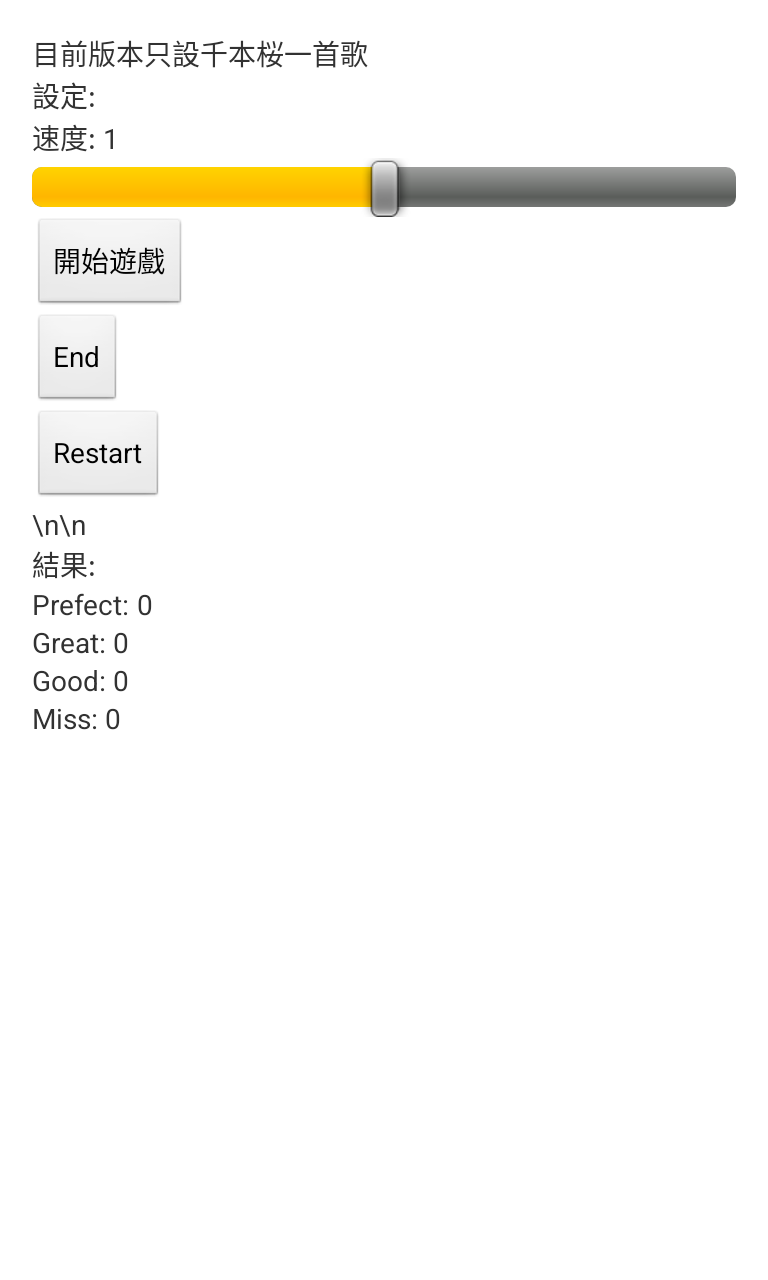
Repository: dogwong/marumaru
Layout: maimai_test/marumaru/res/layout/activity_main.xml
An editor plug-in stored every save of this project. The layout is shown before and after the next save, followed by the edit.
It is drawn on a 768 x 1280 px phone screen (xhdpi) without system bars, with theme AppTheme; the app's code is not run.

Above is the layout before, as saved 2013-06-09 07:26:13.

### maimai_test/marumaru/res/layout/activity_main.xml
<LinearLayout xmlns:android="http://schemas.android.com/apk/res/android"
    xmlns:tools="http://schemas.android.com/tools"
    android:id="@+id/LinearLayout1"
    android:layout_width="match_parent"
    android:layout_height="match_parent"
    android:orientation="vertical"
    android:paddingBottom="@dimen/activity_vertical_margin"
    android:paddingLeft="@dimen/activity_horizontal_margin"
    android:paddingRight="@dimen/activity_horizontal_margin"
    android:paddingTop="@dimen/activity_vertical_margin"
    tools:context=".MainActivity" >

    <TextView
        android:id="@+id/textView1"
        android:layout_width="wrap_content"
        android:layout_height="wrap_content"
        android:text="目前版本只設千本桜一首歌" />

    <TextView
        android:id="@+id/textView2"
        android:layout_width="wrap_content"
        android:layout_height="wrap_content"
        android:text="設定:" />

    <TableRow
        android:id="@+id/tableRow1"
        android:layout_width="match_parent"
        android:layout_height="wrap_content" >

        <TextView
            android:id="@+id/textView3"
            android:layout_width="wrap_content"
            android:layout_height="wrap_content"
            android:text="速度: " />

        <TextView
            android:id="@+id/textView4"
            android:layout_width="wrap_content"
            android:layout_height="wrap_content"
            android:text="1" />

    </TableRow>

    <TableRow
        android:id="@+id/tableRow2"
        android:layout_width="match_parent"
        android:layout_height="wrap_content" >

        <SeekBar
            android:id="@+id/sbSpeed"
            android:layout_width="match_parent"
            android:layout_height="wrap_content"
            android:max="8"
            android:progress="4" />

    </TableRow>

    <Button
        android:id="@+id/btnStart"
        android:layout_width="wrap_content"
        android:layout_height="wrap_content"
        android:text="開始遊戲" />

    <Button
        android:id="@+id/btnEnd"
        android:layout_width="wrap_content"
        android:layout_height="wrap_content"
        android:text="End" />

    <Button
        android:id="@+id/btnRestart"
        android:layout_width="wrap_content"
        android:layout_height="wrap_content"
        android:text="Restart" />

    <TextView
        android:id="@+id/textView5"
        android:layout_width="wrap_content"
        android:layout_height="wrap_content"
        android:text="\n\n" />

    <TextView
        android:id="@+id/textView6"
        android:layout_width="wrap_content"
        android:layout_height="wrap_content"
        android:text="結果:" />

    <TableRow
        android:id="@+id/tableRow3"
        android:layout_width="match_parent"
        android:layout_height="wrap_content" >

        <TextView
            android:id="@+id/textView7"
            android:layout_width="wrap_content"
            android:layout_height="wrap_content"
            android:text="Prefect: " />

        <TextView
            android:id="@+id/tvPrefect"
            android:layout_width="wrap_content"
            android:layout_height="wrap_content"
            android:text="0" />

    </TableRow>

    <TableRow
        android:id="@+id/tableRow4"
        android:layout_width="match_parent"
        android:layout_height="wrap_content" >

        <TextView
            android:id="@+id/textView8"
            android:layout_width="wrap_content"
            android:layout_height="wrap_content"
            android:text="Great: " />

        <TextView
            android:id="@+id/tvGreat"
            android:layout_width="wrap_content"
            android:layout_height="wrap_content"
            android:text="0" />

    </TableRow>

    <TableRow
        android:id="@+id/tableRow5"
        android:layout_width="match_parent"
        android:layout_height="wrap_content" >

        <TextView
            android:id="@+id/textView9"
            android:layout_width="wrap_content"
            android:layout_height="wrap_content"
            android:text="Good: " />

        <TextView
            android:id="@+id/tvGood"
            android:layout_width="wrap_content"
            android:layout_height="wrap_content"
            android:text="0" />

    </TableRow>

    <TableRow
        android:id="@+id/tableRow6"
        android:layout_width="match_parent"
        android:layout_height="wrap_content" >

        <TextView
            android:id="@+id/textView10"
            android:layout_width="wrap_content"
            android:layout_height="wrap_content"
            android:text="Miss: " />

        <TextView
            android:id="@+id/tvMiss"
            android:layout_width="wrap_content"
            android:layout_height="wrap_content"
            android:text="0" />

    </TableRow>

</LinearLayout>

Loaded but not shown: maimai_test/marumaru/res/values/styles.xml (common file); maimai_test/marumaru/res/values/dimens.xml (common file)

After the next save:
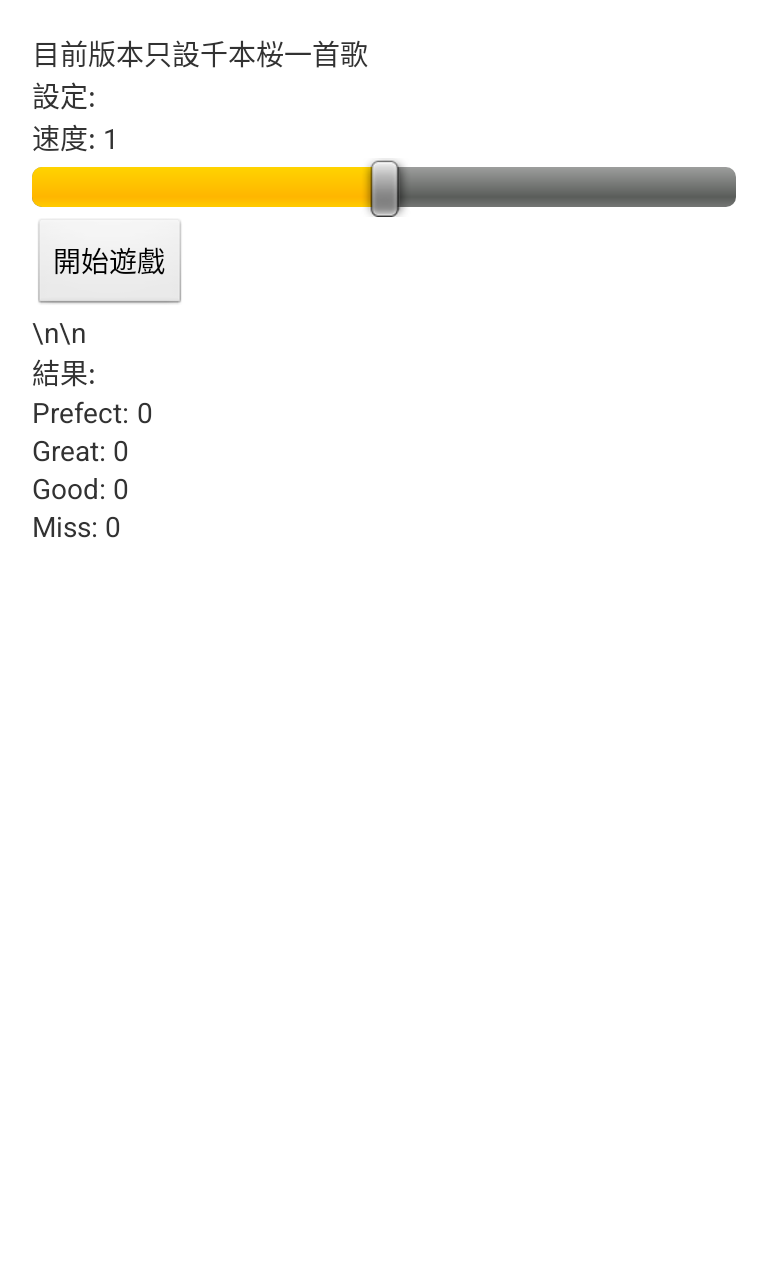
Saved 15 s later.
--- a/maimai_test/marumaru/res/layout/activity_main.xml
+++ b/maimai_test/marumaru/res/layout/activity_main.xml
@@ -60,18 +60,6 @@
         android:layout_width="wrap_content"
         android:layout_height="wrap_content"
         android:text="開始遊戲" />
-
-    <Button
-        android:id="@+id/btnEnd"
-        android:layout_width="wrap_content"
-        android:layout_height="wrap_content"
-        android:text="End" />
-
-    <Button
-        android:id="@+id/btnRestart"
-        android:layout_width="wrap_content"
-        android:layout_height="wrap_content"
-        android:text="Restart" />
 
     <TextView
         android:id="@+id/textView5"
